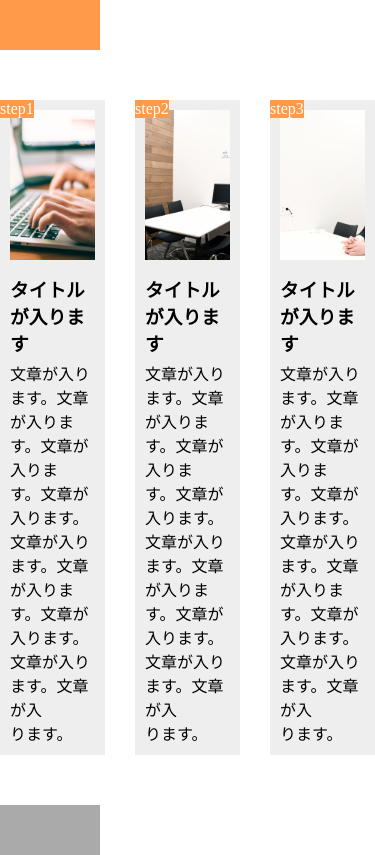
Repository: ryosei-110/HTML-CSS-
Page: KADAI-1/kadai-1.html
The author's editor kept a record of every edit. The page is drawn from the files as they stood at one moment, then again after the next edit.
The browser window is 375 px wide. The pictures show the whole page.

Above is the page before.

After the next edit:
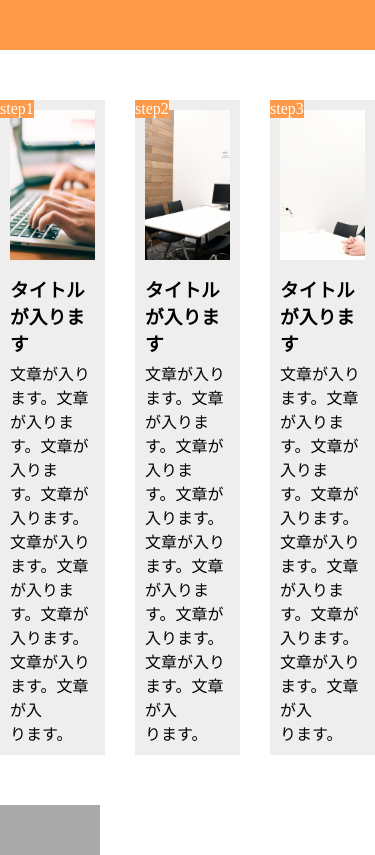
The edit:
--- a/KADAI-1/kadai-1.css
+++ b/KADAI-1/kadai-1.css
@@ -82,7 +82,7 @@
 @media screen and (max-width:425px){
 
 header {
-  width: 100px;
+  width: 100%;
 }
 
 main {
